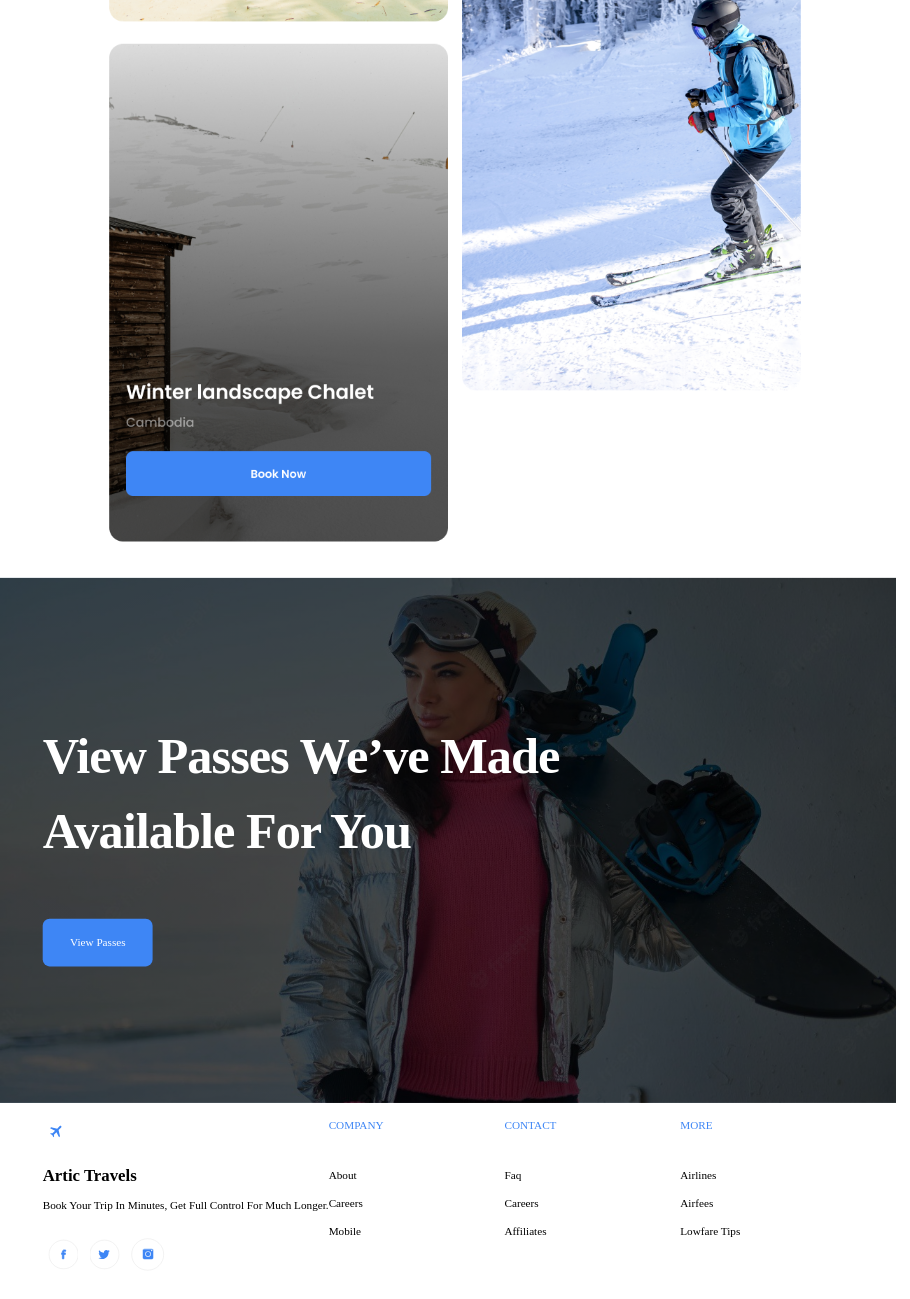
Repository: swissjake/arctic-travel-agency
Page: /
These files come from the project's save history. The page is drawn as it stood at one moment and after the next save; the edit follows.
The browser window is 1280 px wide. The page is 1300 px wide, so the pictures cover 1300 px, including what lies to the right of the window. The pictures show the part of the page from y = 3701 to 5581 px (the page is 5557 px tall before and 5581 px after), at 70% of full size.
The project was rebuilt for these pictures with package versions that can differ from the ones it lists, and the page was loaded fresh each time. Also part of the build but not shown: src/App.css.

Above is the page before, as saved 2022-05-04 13:01:41.

### public/index.html
<!DOCTYPE html>
<html lang="en">
  <head>
    <meta charset="utf-8" />
    <link rel="icon" href="%PUBLIC_URL%/favicon.ico" />
    <meta name="viewport" content="width=device-width, initial-scale=1" />
    <meta name="theme-color" content="#000000" />
    <meta
      name="description"
      content="Web site created using create-react-app"
    />

    <title>Arctic Travel Agency</title>
  </head>
  <body>
    <noscript>You need to enable JavaScript to run this app.</noscript>
    <div id="root"></div>
    <!--
      This HTML file is a template.
      If you open it directly in the browser, you will see an empty page.

      You can add webfonts, meta tags, or analytics to this file.
      The build step will place the bundled scripts into the <body> tag.

      To begin the development, run `npm start` or `yarn start`.
      To create a production bundle, use `npm run build` or `yarn build`.
    -->
  </body>
</html>

### src/index.css
@tailwind base;
@tailwind components;
@tailwind utilities;

@import url('https://fonts.googleapis.com/css2?family=Poppins:wght@300;400;500;700&display=swap');


body{
    font-family: 'poppins';
}

@layer components {
    .container {
        @apply max-w-[1440px] mx-auto
    }
    .btn{
        @apply mt-[68px] bg-[#3E86F5] py-[22px] px-[39px] rounded-[10px] text-[16px] text-white
    }
    .booktrip{
        @apply font-medium text-[18px]
    }

}

.bookshadow{
    box-shadow: 0px 134px 193px rgba(183, 183, 183, 0.07), 0px 16.7789px 24.1666px rgba(183, 183, 183, 0.035);
}
/* .container {
    max-width: 1440px;
    margin: 0 auto;
} */

### src/pages/LandingPage.tsx
import Footer from "../components/Footer/Footer"
import Hero from "../components/Hero/Hero"
import HeroIcons from "../components/HeroIcons/HeroIcons"
import IceCold from "../components/IceCold/IceCold"
import Nav from "../components/Nav/Nav"
import Passes from "../components/Passes/Passes"
import Region from "../components/Region/Region"
import Resort from "../components/Resort/Resort"
import heroImage from '../assets/heroImage.jpeg'


const LandingPage = () => {
  return (
    <>
  <div>
  <div className="h-[780px]  w-full bg-no-repeat bg-center bg-cover" style={{backgroundImage:`linear-gradient(180deg, rgba(0, 0, 0, 0.65) 0%, rgba(0, 0, 0, 0.580838) 32.24%, rgba(0, 0, 0, 0.486293) 62.09%, rgba(0, 0, 0, 0) 98.06%), url(${heroImage})`}}>
     <Nav />
     <Hero />

  </div>

    <HeroIcons />
    <IceCold />
  </div>
  <Region />
  <Resort/>
  <Passes />

     {/*  style={{backgroundImage:`linear-gradient(180deg, rgba(0, 0, 0, 0.65) 0%, rgba(0, 0, 0, 0.580838) 32.24%, rgba(0, 0, 0, 0.486293) 62.09%, rgba(0, 0, 0, 0) 98.06%), url(${heroImage})`}} */}

     <Footer/>
    </>
  )
}

export default LandingPage

### src/components/Footer/Footer.tsx
import React from 'react'
import aeroplane from "../../assets/aeroplane.svg"
import facebook from "../../assets/facebook.svg"
import instagram from "../../assets/instagram.svg"
import twitter from "../../assets/twitter.svg"


const social=[facebook,twitter,instagram]
const company=["about","careers","mobile"]
const contact=["faq","careers","affiliates"]
const more=["airlines","airfees","lowfare tips"]





const Footer = () => {
  return (
      <footer className=''>
         <div className="container p-[20px] md:pl-[61px] md:pr-[57px]">
            <div className="md:flex">

<div className="mb-5 flex-3">
  <img src={aeroplane} className="mb-[27px]" alt="aeroplane" />
  <p className="capitalize text-2xl font-bold">artic travels</p>
  <p className="capitalize mt-[16px] mb-[34px]">Book your trip in minutes, get full
control for much longer.</p>
<div className="flex mt-5">

  {social.map((item,index)=> (<img src={item} className="mx-2 " alt="icons" />))}
</div>
</div>

<div className='mb-5 flex-1'>
  <h2 className="text-[#3E86F5] mb-[40px] uppercase">company</h2>
  <ul>
    {company.map((item,index)=>(
      <li className="capitalize leading-10">{item}</li>
    ))}
  </ul>
</div>

<div className='mb-5 flex-1'>
  <h2 className="text-[#3E86F5] mb-[40px] uppercase">contact</h2>
  <ul>
    {contact.map((item,index)=>(
      <li className="capitalize leading-10">{item}</li>
    ))}
  </ul>
</div>

<div className='mb-5 flex-1'>
  <h2 className="text-[#3E86F5] mb-[40px] uppercase">more</h2>
  <ul>
    {more.map((item,index)=>(
      <li className="capitalize leading-10">{item}</li>
    ))}
  </ul>
</div>


              </div>
         </div>
      </footer>

  )
}

export default Footer

### src/components/Hero/Hero.tsx

const Hero = () => {
  return (
    <section >
         <div className="container md:pl-[61px] p-[20px] md:pr-[57px]">
           {/* <img src={heroImage} alt="" /> */}
           <div className="pt-[160px] text-center md:text-left md:pt-[200px] text-white ">
           <h1 className="md:w-[46.6rem] md:whitespace-nowrap text-[32px] md:text-[56px] capitalize font-bold tracking-{-0.03em}">Plan the perfect winter trip</h1>
           <p className="md:w-[33rem] text-[14px] md:text-[22px] font-normal tracking-[-0.01em] mt-[20px]">Easily plan your ideal ski trip from home with the help of professionals</p>
           <button className="btn">Book Now</button>
           </div>
        </div>
    </section>

  )
}

export default Hero

//background: linear-gradient(180deg, rgba(0, 0, 0, 0.65) 0%, rgba(0, 0, 0, 0.580838) 32.24%, rgba(0, 0, 0, 0.486293) 62.09%, rgba(0, 0, 0, 0) 98.06%);

### src/components/HeroIcons/HeroIcons.tsx
import React from 'react'
import nike from '../../assets/nike.svg'
import applepay from '../../assets/applepay.svg'
import silverstar from '../../assets/silverstar.svg'
import intra from '../../assets/intra.svg'
import mastercard from '../../assets/mastercard.svg'
import BookTrip from '../BookTrip/BookTrip'



const HeroIcons = () => {

  return (
    <section className='bg-[#F8F9FC]'>
         <BookTrip />
        <div className='container md:h-[243px]'>
            <div className='flex flex-wrap md:flex-nowrap items-center justify-center px-3 pb-[45px]  md:px-[222px] pt-[200px] md:pt-[149px] space-y-6 md:space-y-0'>
                    <div className='md:mr-[120px] mr-[40px]'>
                        <img className='w-[96px] h-[50px]' src={nike} alt="nike" />
                    </div>
                    <div className='md:mr-[126px] mr-[40px]'>
                        <img className='w-[96px] h-[56px]' src={applepay} alt="applepay" />
                    </div>
                    <div className='md:mr-[128px] mr-[40px]'>
                        <img className='w-[126px] h-[57px]' src={silverstar} alt="silver" />
                    </div>
                    <div className='md:mr-[130px] mr-[40px]'>
                        <img className='w-[108px] h-[46px]' src={intra} alt="intra" />
                    </div>
                    <div className=''>
                        <img className='w-[64px] h-[64px]' src={mastercard} alt="mastercard" />
                    </div>
            </div>

        </div>
    </section>
    )
}

export default HeroIcons

### src/components/IceCold/IceCold.tsx
import React from 'react'
import map from '../../assets/map.svg'
import arrow from '../../assets/Arrow.svg'

const IceCold = () => {
  return (
      <section className='bg-[#F8F9FC]'>
         <div className='container h-[693px] p-[20px] pt-[179px] md:pl-[40px]'>
             <div className='h-[492px] relative  bg-[rgba(62, 134, 245, .2)]' style={{backgroundImage:`url(${map})`}}>
                <h1 className='w-full md:w-[791px] leading-[54px] tracking-[-0.02em] text-[black] font-semibold left-[50%] translate-x-[-50%] absolute top-[-60px] h-[108px] text-[30px] md:text-[40px] text-center'>Creating the best <span className='text-[#3E86F5]'>ice-cold!</span> experience you would never forget.</h1>

                 <p className='w-full md:w-[697px] md:h-[72px] absolute left-[50%] translate-x-[-50%] text-[rgba(0, 0, 0, 0.5)] text-[18px] md:text-[24px] mt-[120px] md:mt-[60px] text-center leading-[36px] font-normal'>Would you explore nature paradise in the world, find the best destination in the world with us.</p>
                <div className=''>
                    <h1 className='w-full md:w-[454px] md:h-[50px] md:whitespace-nowrap absolute mb-[75px] md:mb-[150px] bottom-0 left-[50%] translate-x-[-50%] font-semibold text-[#000000] text-[40px] text-center leading-[60px] tracking-[-0.02em]'>View Regions available</h1>
                    <img className='absolute bottom-0 left-[50%] translate-x-[-50%] mb-[36px] md:mb-[73px]' src={arrow} alt="/" />
                </div>
             </div>

        </div>
      </section>

  )
}

export default IceCold

### src/components/Nav/Nav.tsx
import React, {useState} from 'react'
import aeroplane from "../../assets/aeroplane.svg";
import {AiOutlineClose, AiOutlineMenu} from 'react-icons/ai'

const Nav = () => {
  const [close, setClose]=useState(true)


  const navitems:string[] = ["About us", "Support", "Language"];
  return (
    <section className=''>
<div className='container  top-0 flex md:pl-[61px] justify-between p-[20px] md:pr-[57px]'>
  <div className="flex items-center">
  <img src={aeroplane} className="mr-[10px]" alt="aeroplane" />
  <h2 className='capitalize font-bold text-white mr-[56px]'>artic travels</h2>
 <ul className="inline hidden md:block">
   {navitems.map((item:string, index) => <li key={index} className="inline capitalize text-white mr-[40px]"><button>{item}</button></li>)}
 </ul>
  </div>

  <button className='hidden md:block text-[#3E86F5] h-[48px] rounded-[10px] w-[151px] bg-white'>
  Sign in
</button>
<button className='md:hidden block' onClick={()=>setClose(!close)}>
<AiOutlineMenu size={20} className='text-white'/>
</button>
</div>
<div style={{width:close?"0%":"100%",transition:"all .5s"}} className="fixed md:hidden block overflow-hidden  flex h-[100%] top-0 bg-black z-50">
<ul className="inline m-auto">
   {navitems.map((item:string) => <li className="leading-10 text-white"><button onClick={()=>setClose(true)} className="capitalize">{item}</button></li>)}
 </ul>
 <button className='hidden text-[#3E86F5] h-[48px] rounded-[10px] w-[151px] bg-white'>
  Sign in
</button>


<button onClick={()=>setClose(!close)} className="absolute top-[5%] right-[5%] border-white border-[4px] font-bold p-1 rounded-full"><AiOutlineClose size={20} className='fill-white'/></button>

</div>

    </section>
  )
}

export default Nav

// npm install @mui/icons-material

### src/components/Passes/Passes.tsx
import React from 'react'
import passes from '../../assets/passesimg.jpg'

const Passes = () => {
  return (
      <section className='bg-center bg-cover bg-no-repeat' style={{backgroundImage: `linear-gradient(0deg, rgba(0, 0, 0, 0.7), rgba(0, 0, 0, 0.7)),url(${passes})`, backgroundPosition:"center 25%"}}>
            <div className='container h-[500px] md:h-[750px] md:pl-[61px]  md:pr-[57px]  text-white' >
                <div className=' text-center md:text-left'>
                <h1 className='md:w-[1017px] pt-[120px] md:pt-[200px] font-semibold text-[36px] md:text-[72px] leading-[54px] md:leading-[108px] tracking-[-0.02em]'>View Passes We’ve Made Available For You</h1>
                <button className='btn mt-[40px] md:mt-[71px]'>View Passes</button>
                </div>
            </div>
      </section>

  )
}

export default Passes

### src/components/Region/Region.tsx
import React from 'react'
import region1 from '../../assets/region1.png'
import region2 from '../../assets/region2.png'
import region3 from '../../assets/region3.png'


const Region = () => {
  return (
      <section>
             <div className=''>
                 <div className='flex '>
             <div className='flex-1'>
             <img className="w-full" src={region1} alt="/"/>
             </div>

               <div className="flex-1">
               <img className="w-full" src={region2} alt="/" />

               </div>

             <div className="flex-1">
                <img className='w-full'  src={region3} alt="/" />
            </div>



            </div>
            </div>
      </section>

  )
}

export default Region

### src/components/Resort/Resort.tsx
import React from 'react'
import picture1 from "../../assets/picture1.png"
import picture2 from "../../assets/picture2.png"
import picture3 from "../../assets/picture3.png"
import picture4 from "../../assets/picture4.png"
const Resort = () => {
  return (
 <section>
   <div className="container p-[20px] pt-[179px] md:pl-[40px]">
<div className="md:flex gap-5 justify-between">

  <div className="flex-1">
  <p className="text-[3rem] md:w-[80%] w-full mb-[4.5rem] font-[600] tracking-[-0.02em]">The best resorts to chill and relax</p>
  <div className="w-full flex justify-end flex-wrap">
  <img src={picture1} className="mb-[32px]" alt="" />
<img src={picture2} className="mb-[32px]" alt="" />
  </div>

  </div>

<div className="flex-1">
<img src={picture3} className="mb-5 mb-[32px]" alt="" />
<img src={picture4} alt="" />
</div>

  </div>
   </div>
 </section>
  )
}

export default Resort

### src/components/BookTrip/BookTrip.tsx
import React from 'react'
import location from '../../assets/location.svg'
import aero from '../../assets/aero.svg'
import user from '../../assets/user.svg'
import dropdown from '../../assets/dropdown.svg'
import checkin from '../../assets/checkin.svg'

const BookTrip = () => {
  return (
      <section>
            <div className='container p-2 md:p-0 md:relative'>

                <div className='bookshadow md:w-[1320px] md:absolute bg-white rounded-[16px] md:z-40 md:h-[140px] md:mt-[-75px] md:left-[50%] md:translate-x-[-50%] md:space-x-[120px] md:flex-row flex flex-col p-7  items-center justify-center'>
                    <div className='mb-4 md:mb-0'>
                        <div className='flex'>
                            <img className="mr-[20px]" src={location} alt="/" />
                            <p className='font-medium text-[#929191] text-[16px] tracking-[0.08em] leading-[24px] uppercase'>location</p>
                        </div>
                        <div className='flex'>
                            <p className="booktrip">Iceland</p>
                            <img className="ml-[8px]" src={dropdown} alt="/" />
                        </div>
                    </div>

                    <div className='mb-4 md:mb-0'>
                        <div className='flex'>
                            <img className="mr-[20px]" src={user} alt="/" />
                         <p className='font-medium text-[#929191] text-[16px] tracking-[0.08em] leading-[24px] uppercase'>Persons</p>
                    </div>
                    <div className='flex'>
                        <p className="booktrip">4 Persons</p>
                        <img className="ml-[8px]" src={dropdown} alt="/" />
                    </div>
                </div>

                <div className='mb-4 md:mb-0'>
                    <div className='flex'>
                        <img className="mr-[20px]" src={checkin} alt="/" />
                         <p className='font-medium text-[#929191] text-[16px] tracking-[0.08em] leading-[24px] uppercase'>check in</p>
                    </div>
                    <div className='flex'>
                        <p className="booktrip">12 January 2022</p>
                        <img className="ml-[8px]" src={dropdown} alt="/" />
                    </div>
                </div>

                <div className=''>
                    <div className='flex'>
                        <img className="mr-[20px]" src={checkin} alt="/" />
                         <p className='font-medium text-[#929191] text-[16px] tracking-[0.08em] leading-[24px] uppercase'>checkout</p>
                    </div>
                    <div className='flex'>
                        <p className="booktrip">18 January 2022</p>
                        <img className="ml-[8px]" src={dropdown} alt="/" />
                    </div>
                </div>
                <button className='btn flex md:my-[38px]'>Book Trip <img className='ml-[12px]' src={aero} alt="/" /> </button>
                </div>
            </div>
    </section>


  )
}

export default BookTrip

Loaded but not shown: src/index.tsx (common file); src/App.tsx (common file); tailwind.config.js (common file)

After the next save:
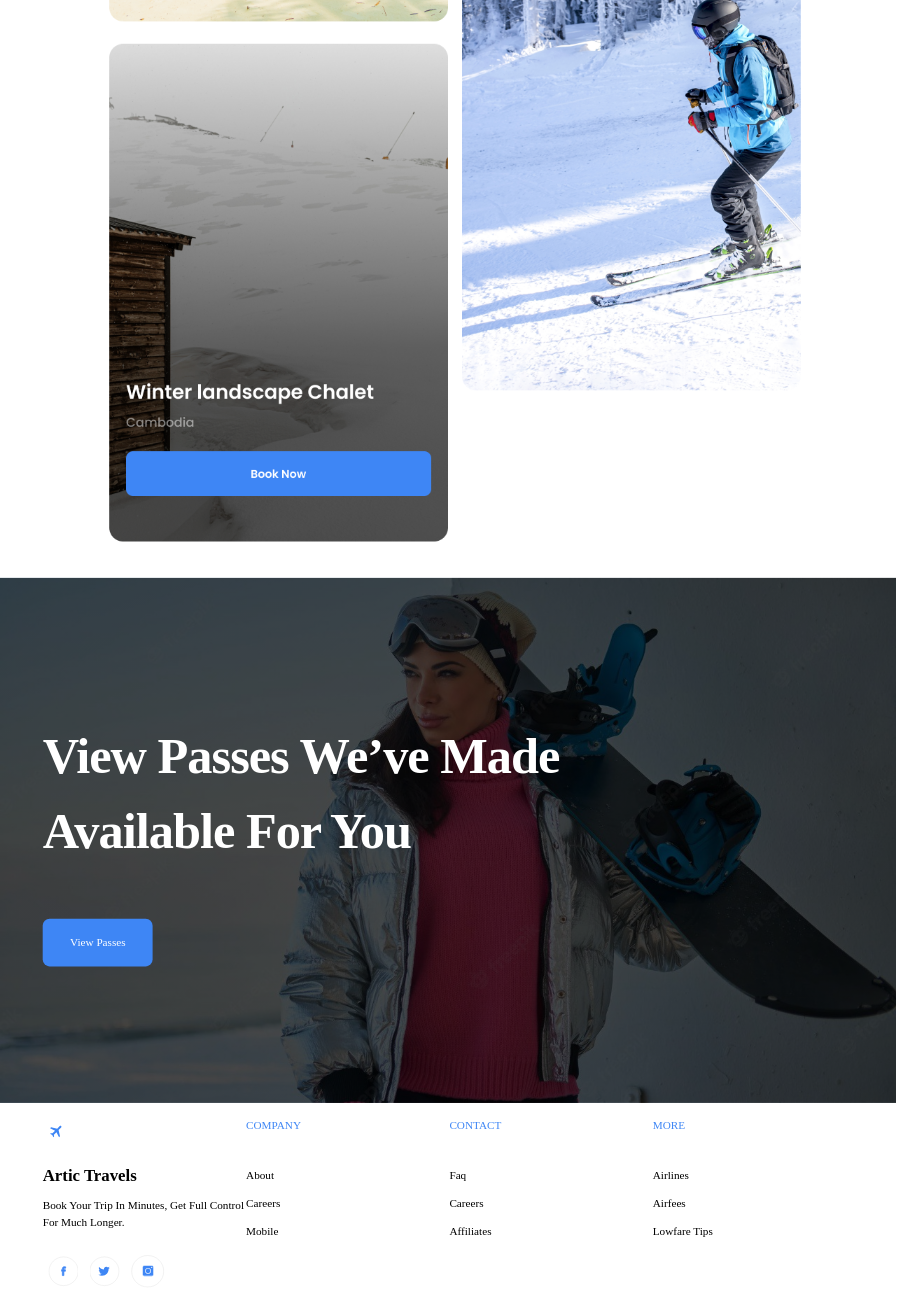
Saved 17 s later.
--- a/src/components/Footer/Footer.tsx
+++ b/src/components/Footer/Footer.tsx
@@ -20,7 +20,7 @@
          <div className="container p-[20px] md:pl-[61px] md:pr-[57px]">
             <div className="md:flex">
 
-<div className="mb-5 flex-3">
+<div className="mb-5 flex-1">
   <img src={aeroplane} className="mb-[27px]" alt="aeroplane" />
   <p className="capitalize text-2xl font-bold">artic travels</p>
   <p className="capitalize mt-[16px] mb-[34px]">Book your trip in minutes, get full

After the save that followed:
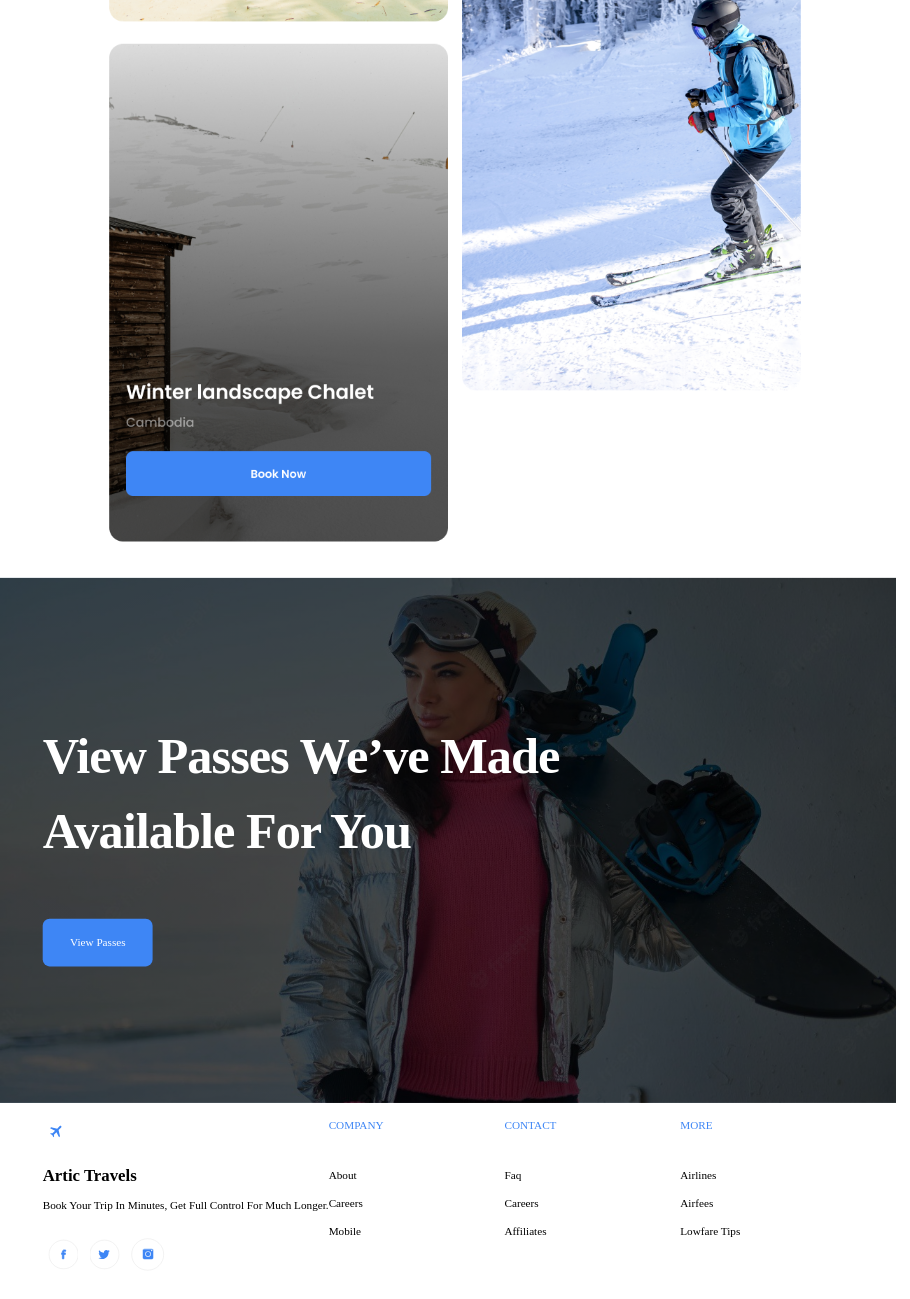
Saved 5 s later.
--- a/src/components/Footer/Footer.tsx
+++ b/src/components/Footer/Footer.tsx
@@ -20,7 +20,7 @@
          <div className="container p-[20px] md:pl-[61px] md:pr-[57px]">
             <div className="md:flex">
 
-<div className="mb-5 flex-1">
+<div className="mb-5 flex-2">
   <img src={aeroplane} className="mb-[27px]" alt="aeroplane" />
   <p className="capitalize text-2xl font-bold">artic travels</p>
   <p className="capitalize mt-[16px] mb-[34px]">Book your trip in minutes, get full
